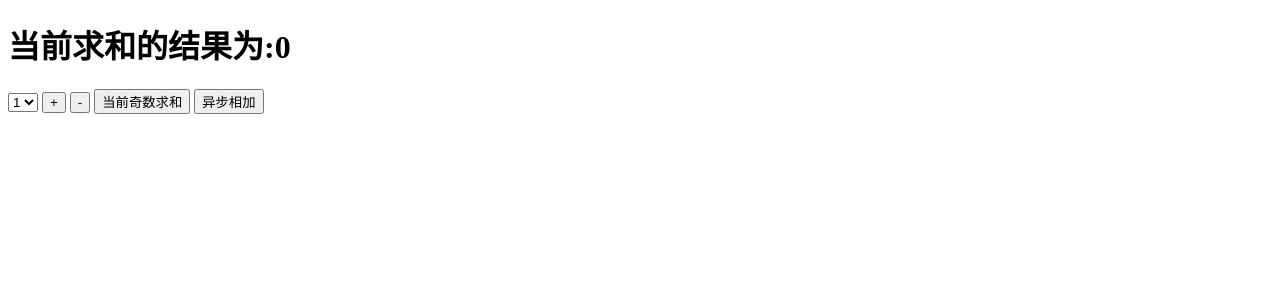
Repository: wanwan-520/myProject_1
Page: /
These files come from the project's save history. The page is drawn as it stood at one moment and after a run of saves; the edit follows.
The browser window is 1280 px wide. The pictures show the whole page.
The project was rebuilt for these pictures with package versions that can differ from the ones it lists, and the page was loaded fresh each time.

Above is the page before, as saved 2022-03-25 22:25:26.

After the next 8 saves:
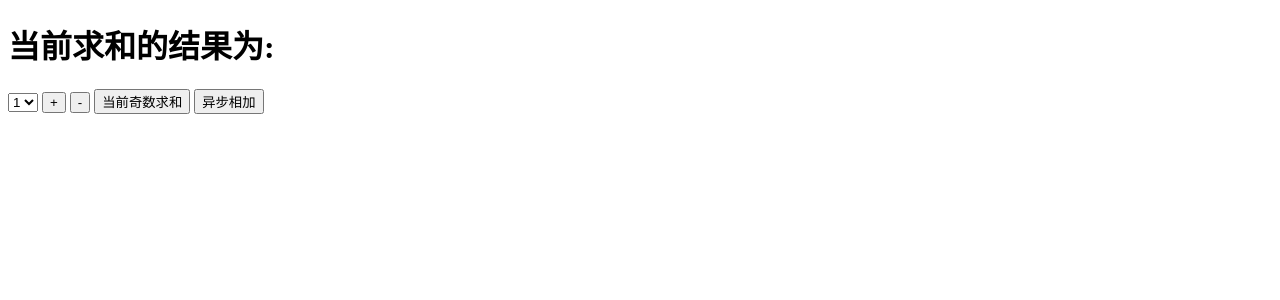
The 8 saves are shown as one change because 5 did not build or start and some came seconds apart.
The last was saved 11 h 51 min later.
--- a/src/Components/Count/index.jsx
+++ b/src/Components/Count/index.jsx
@@ -1,35 +1,23 @@
 import React, { Component } from 'react'
 
-import store from '../../redux/store'
-//引入actionCreator，专门用于创建action对象
-import {createIncrementAction,createDecrementAction} from '../../redux/count_action'
+
 export default class Count extends Component {
+
 increment=()=>{
    const {value} = this.selectNumber
-   store.dispatch(createIncrementAction(value*1))
 }
 
 decrement=()=>{
     //减法
     const {value} = this.selectNumber
-
-    store.dispatch(createDecrementAction(value*1))
 }
 
 incrementOdd=()=>{
     const {value} = this.selectNumber
-    const count = store.getState()
-    if(count%2!==0){
-      store.dispatch(createIncrementAction(value*1))
-    }
 }
 
 incrementAsync=()=>{
     const {value} = this.selectNumber
-
-    setTimeout(()=>{
-      store.dispatch(createIncrementAction(value*1))
-    },500)
 }
 
 
@@ -37,7 +25,7 @@ incrementAsync=()=>{
   render() {
     return (
       <div>
-         <h1>当前求和的结果为:{store.getState()}</h1>
+         <h1>当前求和的结果为:{}</h1>
          <select ref={c=>this.selectNumber = c}>
               <option value="1">1</option>
               <option value="2">2</option>
